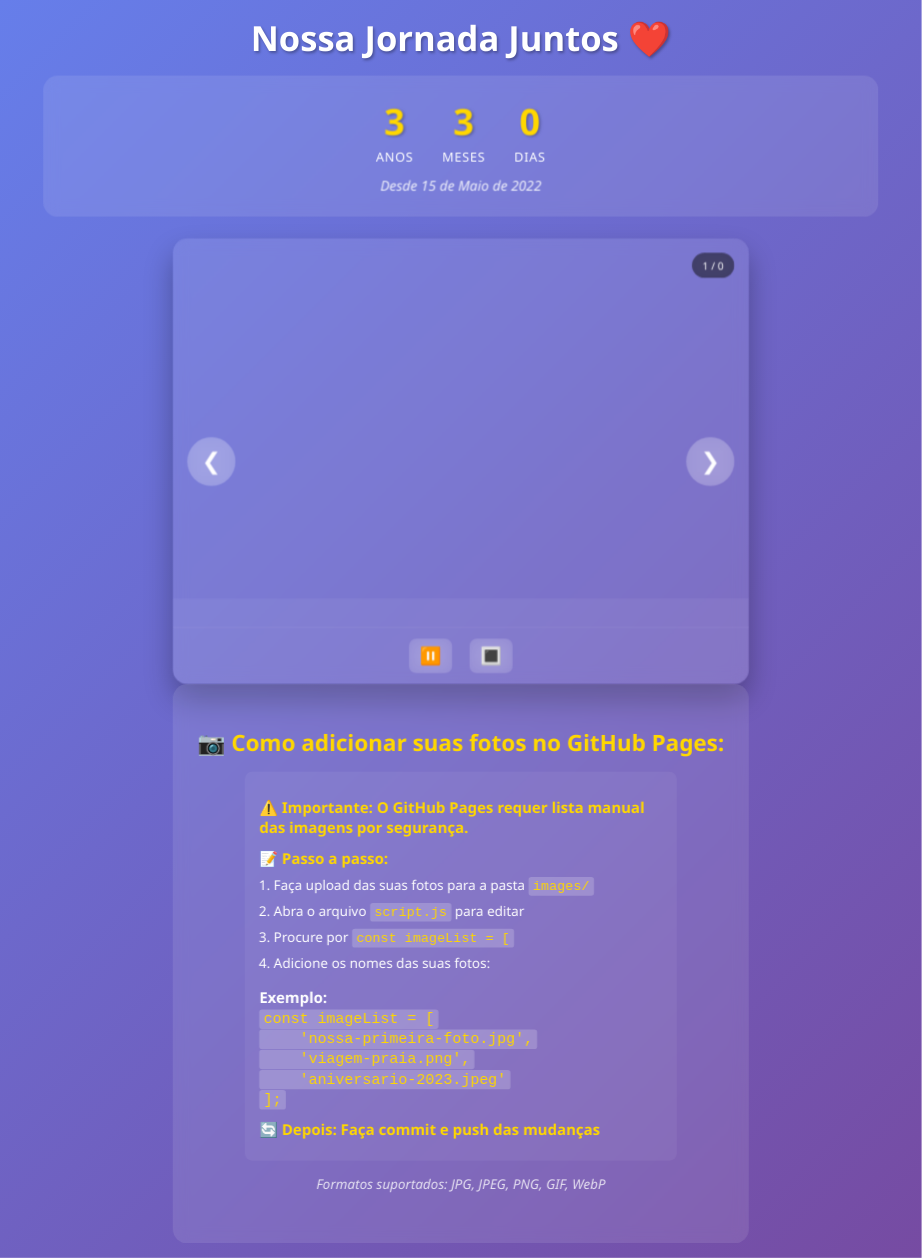
Repository: yan-luca/vic-yan
Page: index.html
An editor plug-in stored every save of this project. The page is shown before and after the next save, followed by the edit.
The browser window is 1280 px wide. The pictures show the whole page, at 72% of full size.

Above is the page before, as saved 2025-08-14 11:31:07.

### index.html
<!DOCTYPE html>
<html lang="pt-BR">
<head>
    <meta charset="UTF-8">
    <meta name="viewport" content="width=device-width, initial-scale=1.0">
    <title>Nossa Jornada - Vic & Yan</title>
    <link rel="stylesheet" href="style.css">
</head>
<body>
    <div class="container">
        <header>
            <h1>Nossa Jornada Juntos ❤️</h1>
            <div class="counter-container">
                <div class="counter">
                    <div class="counter-item">
                        <span id="years" class="counter-number">0</span>
                        <span class="counter-label">Anos</span>
                    </div>
                    <div class="counter-item">
                        <span id="months" class="counter-number">0</span>
                        <span class="counter-label">Meses</span>
                    </div>
                    <div class="counter-item">
                        <span id="days" class="counter-number">0</span>
                        <span class="counter-label">Dias</span>
                    </div>
                </div>
                <p class="start-date">Desde 15 de Maio de 2022</p>
            </div>
        </header>

        <main>
            <div class="slideshow-container">
                <div class="slides-wrapper" id="slidesWrapper">
                    <!-- As imagens serão carregadas dinamicamente aqui -->
                </div>

                <button class="nav-btn prev" id="prevBtn" onclick="changeSlide(-1)">❮</button>
                <button class="nav-btn next" id="nextBtn" onclick="changeSlide(1)">❯</button>

                <div class="slide-counter">
                    <span id="currentSlide">1</span> / <span id="totalSlides">0</span>
                </div>

                <div class="dots-container" id="dotsContainer">
                    <!-- Os pontos indicadores serão criados dinamicamente -->
                </div>

                <div class="controls">
                    <button id="playPauseBtn" onclick="toggleAutoplay()">⏸️</button>
                    <button onclick="toggleFullscreen()">🔳</button>
                </div>
            </div>

            <div class="loading" id="loading">
                <p>Carregando fotos...</p>
            </div>

            <div class="no-images" id="noImages" style="display: none;">
                <h3>📷 Como adicionar suas fotos no GitHub Pages:</h3>
                <div class="instructions">
                    <p><strong>⚠️ Importante:</strong> O GitHub Pages requer lista manual das imagens por segurança.</p>

                    <p><strong>📝 Passo a passo:</strong></p>
                    <ol>
                        <li>Faça upload das suas fotos para a pasta <code>images/</code></li>
                        <li>Abra o arquivo <code>script.js</code> para editar</li>
                        <li>Procure por <code>const imageList = [</code></li>
                        <li>Adicione os nomes das suas fotos:</li>
                    </ol>

                    <div class="code-example">
                        <strong>Exemplo:</strong><br>
                        <code>const imageList = [</code><br>
                        <code>&nbsp;&nbsp;&nbsp;&nbsp;'nossa-primeira-foto.jpg',</code><br>
                        <code>&nbsp;&nbsp;&nbsp;&nbsp;'viagem-praia.png',</code><br>
                        <code>&nbsp;&nbsp;&nbsp;&nbsp;'aniversario-2023.jpeg'</code><br>
                        <code>];</code>
                    </div>

                    <p><strong>🔄 Depois:</strong> Faça commit e push das mudanças</p>
                </div>
                <p class="formats">Formatos suportados: JPG, JPEG, PNG, GIF, WebP</p>
            </div>
        </main>
    </div>

    <script src="script.js"></script>
</body>
</html>

### style.css
* {
    margin: 0;
    padding: 0;
    box-sizing: border-box;
}

body {
    font-family: 'Segoe UI', Tahoma, Geneva, Verdana, sans-serif;
    background: linear-gradient(135deg, #667eea 0%, #764ba2 100%);
    min-height: 100vh;
    color: white;
}

.container {
    max-width: 1200px;
    margin: 0 auto;
    padding: 20px;
}

header {
    text-align: center;
    margin-bottom: 30px;
}

header h1 {
    font-size: 3em;
    margin-bottom: 20px;
    text-shadow: 2px 2px 4px rgba(0,0,0,0.3);
    animation: fadeInUp 1s ease-out;
}

.counter-container {
    background: rgba(255, 255, 255, 0.1);
    backdrop-filter: blur(10px);
    border-radius: 20px;
    padding: 30px;
    margin: 20px 0;
    animation: fadeInUp 1s ease-out 0.3s both;
}

.counter {
    display: flex;
    justify-content: center;
    gap: 40px;
    margin-bottom: 15px;
}

.counter-item {
    display: flex;
    flex-direction: column;
    align-items: center;
}

.counter-number {
    font-size: 3em;
    font-weight: bold;
    color: #ffd700;
    text-shadow: 2px 2px 4px rgba(0,0,0,0.3);
    transition: all 0.3s ease;
}

.counter-label {
    font-size: 1.1em;
    text-transform: uppercase;
    letter-spacing: 1px;
    margin-top: 5px;
}

.start-date {
    font-size: 1.2em;
    opacity: 0.9;
    font-style: italic;
}

.slideshow-container {
    position: relative;
    max-width: 800px;
    margin: 0 auto;
    background: rgba(255, 255, 255, 0.1);
    backdrop-filter: blur(10px);
    border-radius: 20px;
    overflow: hidden;
    box-shadow: 0 20px 40px rgba(0,0,0,0.3);
    animation: fadeInUp 1s ease-out 0.6s both;
}

.slides-wrapper {
    position: relative;
    width: 100%;
    height: 500px;
    overflow: hidden;
}

.slide {
    display: none;
    width: 100%;
    height: 100%;
    position: relative;
    animation: fadeIn 0.5s ease-in-out;
}

.slide.active {
    display: block;
}

.slide img {
    width: 100%;
    height: 100%;
    object-fit: cover;
    border-radius: 0;
}

.slide-caption {
    position: absolute;
    bottom: 0;
    left: 0;
    right: 0;
    background: linear-gradient(transparent, rgba(0,0,0,0.8));
    color: white;
    padding: 20px;
    text-align: center;
    font-size: 1.1em;
}

.nav-btn {
    position: absolute;
    top: 50%;
    transform: translateY(-50%);
    background: rgba(255, 255, 255, 0.2);
    border: none;
    color: white;
    font-size: 2em;
    padding: 15px 20px;
    cursor: pointer;
    transition: all 0.3s ease;
    backdrop-filter: blur(10px);
    border-radius: 50%;
    z-index: 10;
}

.nav-btn:hover {
    background: rgba(255, 255, 255, 0.3);
    transform: translateY(-50%) scale(1.1);
}

.prev {
    left: 20px;
}

.next {
    right: 20px;
}

.slide-counter {
    position: absolute;
    top: 20px;
    right: 20px;
    background: rgba(0, 0, 0, 0.5);
    color: white;
    padding: 8px 15px;
    border-radius: 20px;
    font-size: 0.9em;
    backdrop-filter: blur(10px);
}

.dots-container {
    text-align: center;
    padding: 20px;
    background: rgba(255, 255, 255, 0.05);
}

.dot {
    height: 12px;
    width: 12px;
    margin: 0 5px;
    background-color: rgba(255, 255, 255, 0.3);
    border-radius: 50%;
    display: inline-block;
    cursor: pointer;
    transition: all 0.3s ease;
}

.dot.active, .dot:hover {
    background-color: #ffd700;
    transform: scale(1.2);
}

.controls {
    text-align: center;
    padding: 15px;
    background: rgba(255, 255, 255, 0.05);
    border-top: 1px solid rgba(255, 255, 255, 0.1);
}

.controls button {
    background: rgba(255, 255, 255, 0.1);
    border: none;
    color: white;
    font-size: 1.5em;
    padding: 10px 15px;
    margin: 0 10px;
    cursor: pointer;
    border-radius: 10px;
    transition: all 0.3s ease;
    backdrop-filter: blur(10px);
}

.controls button:hover {
    background: rgba(255, 255, 255, 0.2);
    transform: scale(1.1);
}

.loading, .no-images {
    text-align: center;
    padding: 60px 20px;
    font-size: 1.3em;
    background: rgba(255, 255, 255, 0.1);
    backdrop-filter: blur(10px);
    border-radius: 20px;
    max-width: 800px;
    margin: 0 auto;
}

.loading p, .no-images p {
    margin: 10px 0;
}

.no-images h3 {
    color: #ffd700;
    margin-bottom: 20px;
    font-size: 1.5em;
}

.no-images .instructions {
    text-align: left;
    background: rgba(255, 255, 255, 0.05);
    padding: 20px;
    border-radius: 10px;
    margin: 20px 0;
    max-width: 600px;
    margin-left: auto;
    margin-right: auto;
}

.no-images .instructions p {
    margin: 15px 0 10px 0;
    font-weight: bold;
    color: #ffd700;
}

.no-images .instructions ol {
    margin: 10px 0 20px 20px;
    font-size: 0.9em;
}

.no-images .instructions li {
    margin: 8px 0;
    line-height: 1.4;
}

.no-images code {
    background: rgba(255, 255, 255, 0.2);
    padding: 2px 6px;
    border-radius: 4px;
    font-family: 'Courier New', monospace;
    color: #ffd700;
}

.no-images .formats {
    font-size: 0.9em;
    opacity: 0.8;
    font-style: italic;
}

/* Animações */
@keyframes fadeIn {
    from { opacity: 0; }
    to { opacity: 1; }
}

@keyframes fadeInUp {
    from {
        opacity: 0;
        transform: translateY(30px);
    }
    to {
        opacity: 1;
        transform: translateY(0);
    }
}

@keyframes pulse {
    0% { transform: scale(1); }
    50% { transform: scale(1.05); }
    100% { transform: scale(1); }
}

.counter-number {
    animation: pulse 2s infinite;
}

/* Responsividade */
@media (max-width: 768px) {
    header h1 {
        font-size: 2em;
    }

    .counter {
        gap: 20px;
        flex-wrap: wrap;
    }

    .counter-number {
        font-size: 2em;
    }

    .slides-wrapper {
        height: 300px;
    }

    .nav-btn {
        font-size: 1.5em;
        padding: 10px 15px;
    }

    .prev {
        left: 10px;
    }

    .next {
        right: 10px;
    }
}

@media (max-width: 480px) {
    .container {
        padding: 10px;
    }

    .counter-container {
        padding: 20px;
    }

    .counter {
        gap: 15px;
    }

    .counter-number {
        font-size: 1.8em;
    }

    .slides-wrapper {
        height: 250px;
    }
}

/* Modo fullscreen */
.slideshow-container.fullscreen {
    position: fixed;
    top: 0;
    left: 0;
    width: 100vw;
    height: 100vh;
    max-width: none;
    z-index: 1000;
    border-radius: 0;
}

.slideshow-container.fullscreen .slides-wrapper {
    height: 100vh;
}

.slideshow-container.fullscreen .slide img {
    object-fit: contain;
}

### script.js
// Configurações
const startDate = new Date('2022-05-15');
let currentSlideIndex = 0;
let slides = [];
let isAutoplay = true;
let autoplayInterval;
const autoplayDelay = 4000; // 4 segundos

// Formatos de imagem suportados
const imageFormats = ['jpg', 'jpeg', 'png', 'gif', 'webp'];

// IMPORTANTE: No GitHub Pages, você DEVE listar manualmente suas imagens aqui
// O GitHub Pages não permite descoberta automática de arquivos por segurança
const imageList = [
    // Descomente e adicione os nomes exatos das suas fotos:
    // 'foto1.jpg',
    // 'nossa-primeira-foto.png',
    // 'viagem-praia.jpeg',
    // 'aniversario-2023.jpg',
    // 'passeio-no-parque.png'

    // ⚠️  ATENÇÃO: Se deixar vazio, a página mostrará as instruções de como adicionar fotos
];

// Inicialização
document.addEventListener('DOMContentLoaded', function() {
    updateCounter();
    loadImages();

    // Atualizar contador a cada segundo
    setInterval(updateCounter, 1000);

    // Controles de teclado
    document.addEventListener('keydown', handleKeyPress);
});

// Função para atualizar o contador de tempo
function updateCounter() {
    const now = new Date();
    const diff = now - startDate;

    const years = Math.floor(diff / (365.25 * 24 * 60 * 60 * 1000));
    const months = Math.floor((diff % (365.25 * 24 * 60 * 60 * 1000)) / (30.44 * 24 * 60 * 60 * 1000));
    const days = Math.floor((diff % (30.44 * 24 * 60 * 60 * 1000)) / (24 * 60 * 60 * 1000));

    document.getElementById('years').textContent = years;
    document.getElementById('months').textContent = months;
    document.getElementById('days').textContent = days;
}

// Função para carregar imagens
async function loadImages() {
    const slidesWrapper = document.getElementById('slidesWrapper');
    const loading = document.getElementById('loading');
    const noImages = document.getElementById('noImages');

    try {
        // No GitHub Pages, só funciona com lista manual
        if (imageList.length === 0) {
            loading.style.display = 'none';
            noImages.style.display = 'block';
            return;
        }

        // Carregar e validar imagens da lista manual
        for (const imageName of imageList) {
            await loadImage(imageName);
        }

        if (slides.length === 0) {
            loading.style.display = 'none';
            noImages.style.display = 'block';
            return;
        }

        loading.style.display = 'none';
        setupSlideshow();

    } catch (error) {
        console.error('Erro ao carregar imagens:', error);
        loading.style.display = 'none';
        noImages.style.display = 'block';
    }
}

// Função para carregar uma imagem específica
function loadImage(imageName) {
    return new Promise((resolve) => {
        const img = new Image();

        img.onload = function() {
            slides.push({
                src: `images/${imageName}`,
                name: imageName,
                caption: getImageCaption(imageName)
            });
            resolve();
        };

        img.onerror = function() {
            console.warn(`❌ Imagem não encontrada: images/${imageName}`);
            console.warn('💡 Verifique se o nome está correto e se o arquivo existe na pasta images/');
            resolve();
        };

        img.src = `images/${imageName}`;
    });
}

// Função para gerar legenda da imagem
function getImageCaption(imageName) {
    // Remove a extensão e formata o nome
    const nameWithoutExtension = imageName.replace(/\.[^/.]+$/, "");
    return nameWithoutExtension.replace(/[_-]/g, ' ').replace(/^\w/, c => c.toUpperCase());
}

// Função para configurar o slideshow
function setupSlideshow() {
    const slidesWrapper = document.getElementById('slidesWrapper');
    const dotsContainer = document.getElementById('dotsContainer');

    // Limpar conteúdo existente
    slidesWrapper.innerHTML = '';
    dotsContainer.innerHTML = '';

    // Criar slides
    slides.forEach((slide, index) => {
        // Criar slide
        const slideDiv = document.createElement('div');
        slideDiv.className = 'slide';
        slideDiv.innerHTML = `
            <img src="${slide.src}" alt="${slide.caption}" loading="lazy">
            <div class="slide-caption">${slide.caption}</div>
        `;
        slidesWrapper.appendChild(slideDiv);

        // Criar dot
        const dot = document.createElement('span');
        dot.className = 'dot';
        dot.onclick = () => goToSlide(index);
        dotsContainer.appendChild(dot);
    });

    // Atualizar contador total
    document.getElementById('totalSlides').textContent = slides.length;

    // Mostrar primeiro slide
    showSlide(0);

    // Iniciar autoplay
    if (isAutoplay) {
        startAutoplay();
    }
}

// Função para mostrar slide específico
function showSlide(index) {
    const slideElements = document.querySelectorAll('.slide');
    const dots = document.querySelectorAll('.dot');

    // Esconder todos os slides
    slideElements.forEach(slide => slide.classList.remove('active'));
    dots.forEach(dot => dot.classList.remove('active'));

    // Mostrar slide atual
    if (slideElements[index]) {
        slideElements[index].classList.add('active');
        dots[index].classList.add('active');
    }

    currentSlideIndex = index;
    document.getElementById('currentSlide').textContent = index + 1;
}

// Função para ir para slide específico
function goToSlide(index) {
    showSlide(index);
    restartAutoplay();
}

// Função para mudar slide
function changeSlide(direction) {
    const newIndex = currentSlideIndex + direction;

    if (newIndex >= slides.length) {
        showSlide(0);
    } else if (newIndex < 0) {
        showSlide(slides.length - 1);
    } else {
        showSlide(newIndex);
    }

    restartAutoplay();
}

// Função para iniciar autoplay
function startAutoplay() {
    if (slides.length <= 1) return;

    autoplayInterval = setInterval(() => {
        changeSlide(1);
    }, autoplayDelay);
}

// Função para parar autoplay
function stopAutoplay() {
    if (autoplayInterval) {
        clearInterval(autoplayInterval);
        autoplayInterval = null;
    }
}

// Função para reiniciar autoplay
function restartAutoplay() {
    stopAutoplay();
    if (isAutoplay) {
        startAutoplay();
    }
}

// Função para alternar autoplay
function toggleAutoplay() {
    isAutoplay = !isAutoplay;
    const button = document.getElementById('playPauseBtn');

    if (isAutoplay) {
        startAutoplay();
        button.textContent = '⏸️';
    } else {
        stopAutoplay();
        button.textContent = '▶️';
    }
}

// Função para alternar fullscreen
function toggleFullscreen() {
    const slideshow = document.querySelector('.slideshow-container');

    if (!document.fullscreenElement) {
        slideshow.requestFullscreen().catch(err => {
            console.log(`Erro ao entrar em fullscreen: ${err.message}`);
        });
        slideshow.classList.add('fullscreen');
    } else {
        document.exitFullscreen();
        slideshow.classList.remove('fullscreen');
    }
}

// Função para lidar com teclas pressionadas
function handleKeyPress(e) {
    switch(e.key) {
        case 'ArrowLeft':
            changeSlide(-1);
            break;
        case 'ArrowRight':
            changeSlide(1);
            break;
        case ' ':
            e.preventDefault();
            toggleAutoplay();
            break;
        case 'f':
        case 'F':
            toggleFullscreen();
            break;
        case 'Escape':
            if (document.fullscreenElement) {
                document.exitFullscreen();
                document.querySelector('.slideshow-container').classList.remove('fullscreen');
            }
            break;
    }
}

// Detectar saída do fullscreen
document.addEventListener('fullscreenchange', () => {
    const slideshow = document.querySelector('.slideshow-container');
    if (!document.fullscreenElement) {
        slideshow.classList.remove('fullscreen');
    }
});

// Pausar autoplay quando a aba não estiver ativa
document.addEventListener('visibilitychange', () => {
    if (document.hidden) {
        stopAutoplay();
    } else if (isAutoplay) {
        startAutoplay();
    }
});

// Pausar autoplay ao passar o mouse sobre o slideshow
document.addEventListener('DOMContentLoaded', function() {
    const slideshow = document.querySelector('.slideshow-container');

    slideshow.addEventListener('mouseenter', () => {
        if (isAutoplay) stopAutoplay();
    });

    slideshow.addEventListener('mouseleave', () => {
        if (isAutoplay) startAutoplay();
    });
});

After the next save:
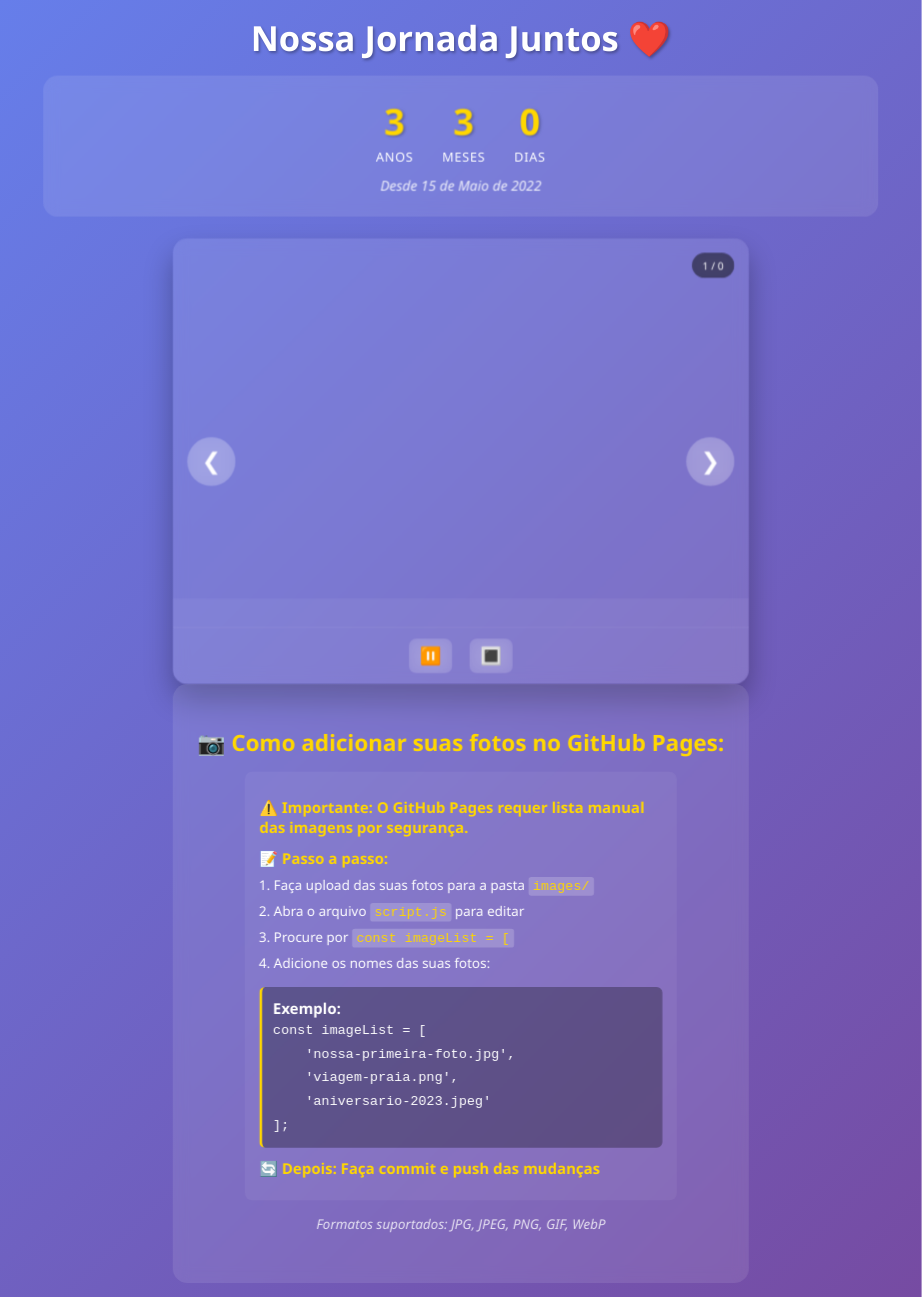
Saved 13 s later.
--- a/style.css
+++ b/style.css
@@ -264,6 +264,22 @@ header h1 {
     border-radius: 4px;
     font-family: 'Courier New', monospace;
     color: #ffd700;
+}
+
+.no-images .code-example {
+    background: rgba(0, 0, 0, 0.3);
+    padding: 15px;
+    border-radius: 8px;
+    margin: 15px 0;
+    border-left: 4px solid #ffd700;
+}
+
+.no-images .code-example code {
+    background: transparent;
+    padding: 0;
+    color: #fff;
+    font-size: 0.9em;
+    line-height: 1.6;
 }
 
 .no-images .formats {
